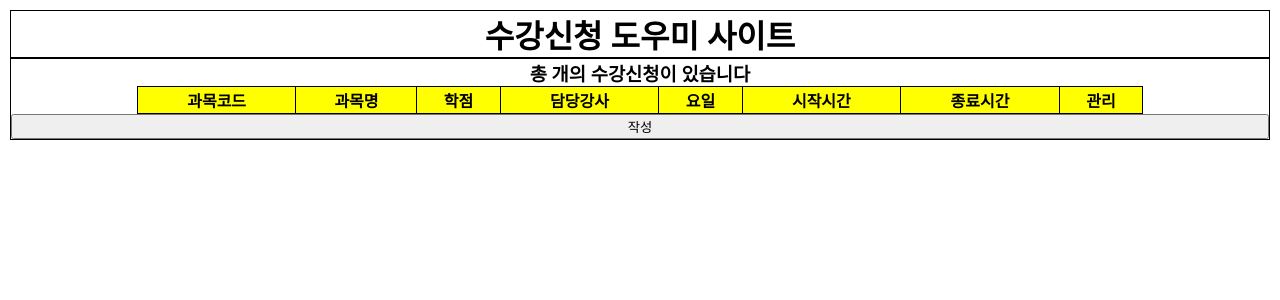
Repository: Tor1a/SpringSet
Page: http://localhost/practice02/WEB-INF/views/home.jsp
An editor plug-in stored every save of this project. The page is shown before and after the next save, followed by the edit.
The browser window is 1280 px wide. The pictures show the whole page.
The page is served by Tomcat 9. Nobody is signed in. Other server files are loaded and not shown. The template is opened directly, without the code that normally fills it, so the values that code supplies are empty.

Above is the page before, as saved 2022-04-14 08:47:42.

### practice02/src/main/webapp/WEB-INF/views/home.jsp
<%@ page language="java" contentType="text/html; charset=UTF-8"
	pageEncoding="UTF-8"%>
<%@ taglib prefix="c" uri="http://java.sun.com/jsp/jstl/core"%>
<%@ taglib prefix="fmt" uri="http://java.sun.com/jsp/jstl/fmt"%>




<!DOCTYPE html>
<html>
<head>
<meta charset="UTF-8">
<script src="../js/jquery-3.6.0.min.js"></script>
<link rel="stylesheet"
	href="${pageContext.request.contextPath}/resources/css/home.css">
<script
	src="${pageContext.request.contextPath}/resources/js/course/home.js"></script>

<title>수강신청 도우미 사이트</title>
</head>
<body>

	<div id="wrapper">

		<h1 class="title">수강신청 도우미 사이트</h1>

		<div id="content">
			<h3 class="total">총 ${total}개의 수강신청이 있습니다</h3>

		<table class="liTb">
			<thead>
				<th>과목코드</th>
				<th>과목명</th>
				<th>학점</th>
				<th>담당강사</th>
				<th>요일</th>
				<th>시작시간</th>
				<th>종료시간</th>
				<th>관리</th>
			</thead>

			<c:forEach var="vo" items="${list}">
				<tr>
					<td>${vo.crId}</td>
					<td>${vo.crName}</td>
					<td>${vo.credit}</td>
					<td>${vo.lec_name}</td>
					<td>${vo.crWeek}</td>
					<td><c:if test="${vo.start_hour < 1000}">
							0${vo.start_hour}
						</c:if> <c:if test="${vo.start_hour >= 1000}">
							${vo.start_hour}
						</c:if></td>
					<td>${vo.end_end}</td>
					<td><a href="updateCourseForm.do?crId=${vo.crId}">수정</a> /<a
						href="deleteCourse.do?crId=${vo.crId}">삭제</a></td>
				</tr>
			</c:forEach>
		</table>
		<button class="add" onclick="add()">작성</button>
		</div>
	</div>



</body>
</html>

### practice02/src/main/webapp/resources/css/home.css
@charset "UTF-8";

body, h1, h2, h3, h4, h5, p, ul, li, ol, dd, dt, dl { padding: 0; margin: 0; }

ul {list-style: none;}

a:hover{text-decoration: none;}

body{width: auto; hight: auto;}

#wrapper {   border: 1px solid balck; padding: 10px 10px 10px 10px; }

#content {display:flex; flex-direction: column; justify-content: center; border: 1px solid black;}

.liTb {margin: auto; border-collapse: collapse; border: 1px solid black; width: 80%;}

.title{display:flex;  flex-direction:row; justify-content:center;  text-align: center; border: 1px solid black;}
.total {text-align: center;}

th {text-align: center; border: 1px solid black; background-color: yellow;}
td {text-align: center; border: 1px solid black;}

### practice02/src/main/webapp/resources/js/course/home.js
var crId = document.getElementById('vo.crId');

function deleteBtn(crId){
	if(confirm("삭제 하시겠습니까?")){
		var form = document.getElementById('delCourse');
		form.action = 'deleteCourseForm.do?crId='+crId;
		form.method = "GET";
		form.submit();

		return true;
	}else{

		return false;
	}
}


function add(){
	location.href = "courseAddForm.do";
}

Loaded but not shown: practice02/src/main/webapp/resources/js/jquery-3.6.0.min.js (library)

After the next save:
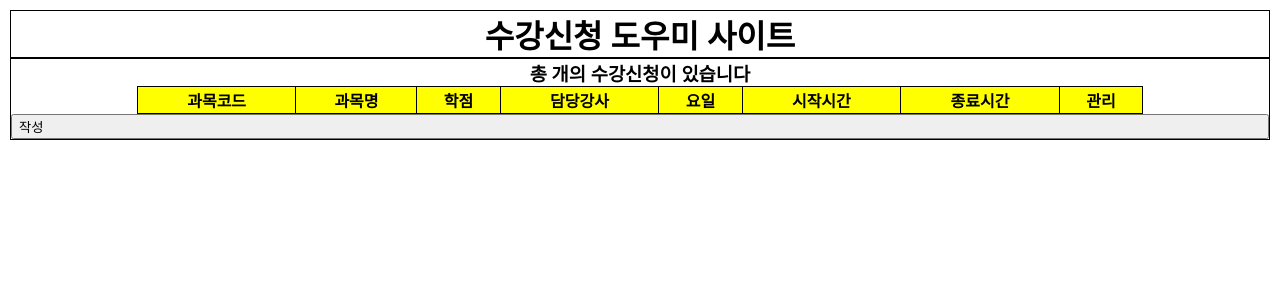
Saved 104 s later.
--- a/practice02/src/main/webapp/resources/css/home.css
+++ b/practice02/src/main/webapp/resources/css/home.css
@@ -12,10 +12,13 @@ body{width: auto; hight: auto;}
 
 #content {display:flex; flex-direction: column; justify-content: center; border: 1px solid black;}
 
+#content .add {display: flex; }
+
 .liTb {margin: auto; border-collapse: collapse; border: 1px solid black; width: 80%;}
 
 .title{display:flex;  flex-direction:row; justify-content:center;  text-align: center; border: 1px solid black;}
 .total {text-align: center;}
 
+
 th {text-align: center; border: 1px solid black; background-color: yellow;}
 td {text-align: center; border: 1px solid black;}
